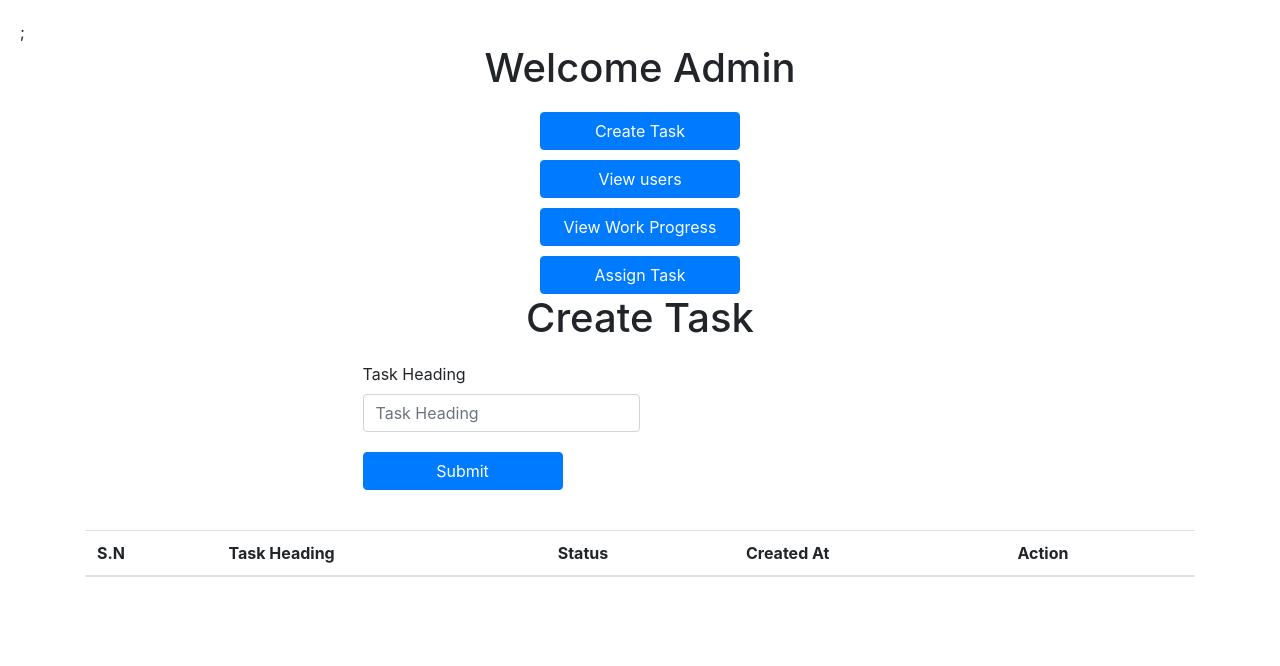
Repository: neha-rouniyar/taskmgmt
Page: http://localhost/admin/create-task
These files come from the project's save history. The page is drawn as it stood at one moment and after the next save; the edit follows.
The browser window is 1280 px wide. The pictures show the whole page.
Some web libraries are served in a nearby version. The page is served by the project's Laravel application, run on PHP 8.4 with Laravel 10. Queries for data that is not in the repository find no rows.

Above is the page before, as saved 2023-12-16 00:04:01.

After the next save:
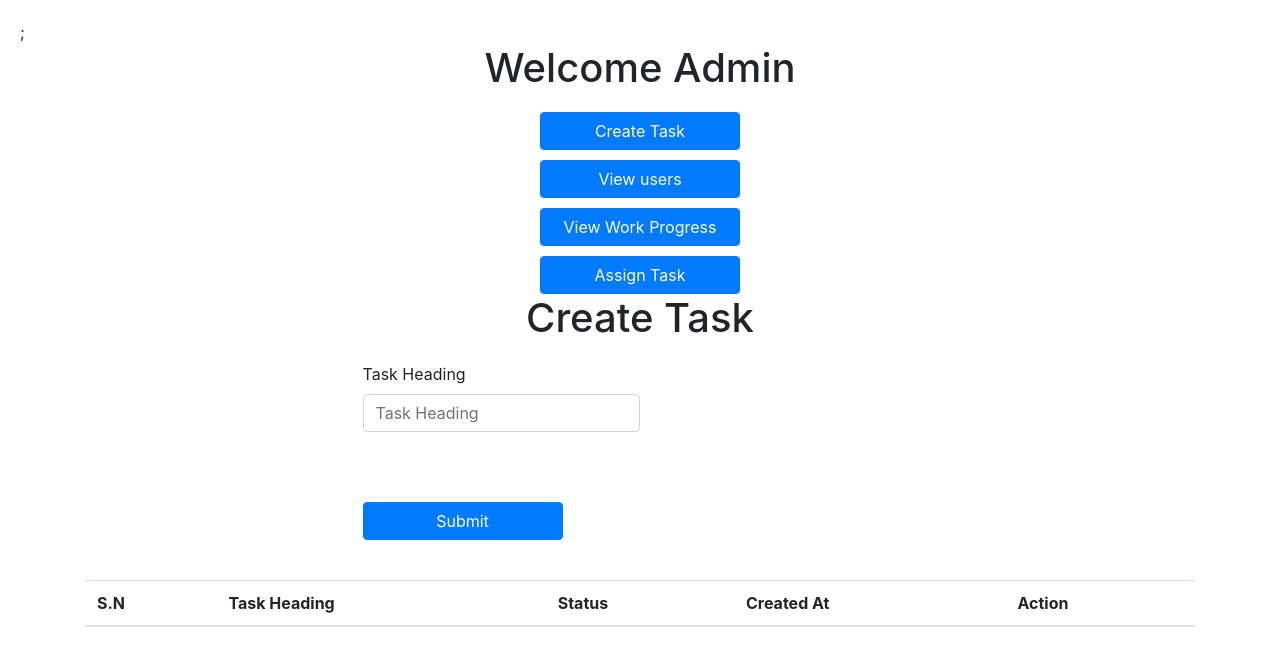
Saved 5 s later.
--- a/resources/views/admin/task/create.blade.php
+++ b/resources/views/admin/task/create.blade.php
@@ -2,7 +2,7 @@
 @section('admin-content')
 <style>
   .form-group {
-      margin-bottom: 20px;
+      margin-bottom: 70px;
   }
 
   .custom-select {

After the save that followed:
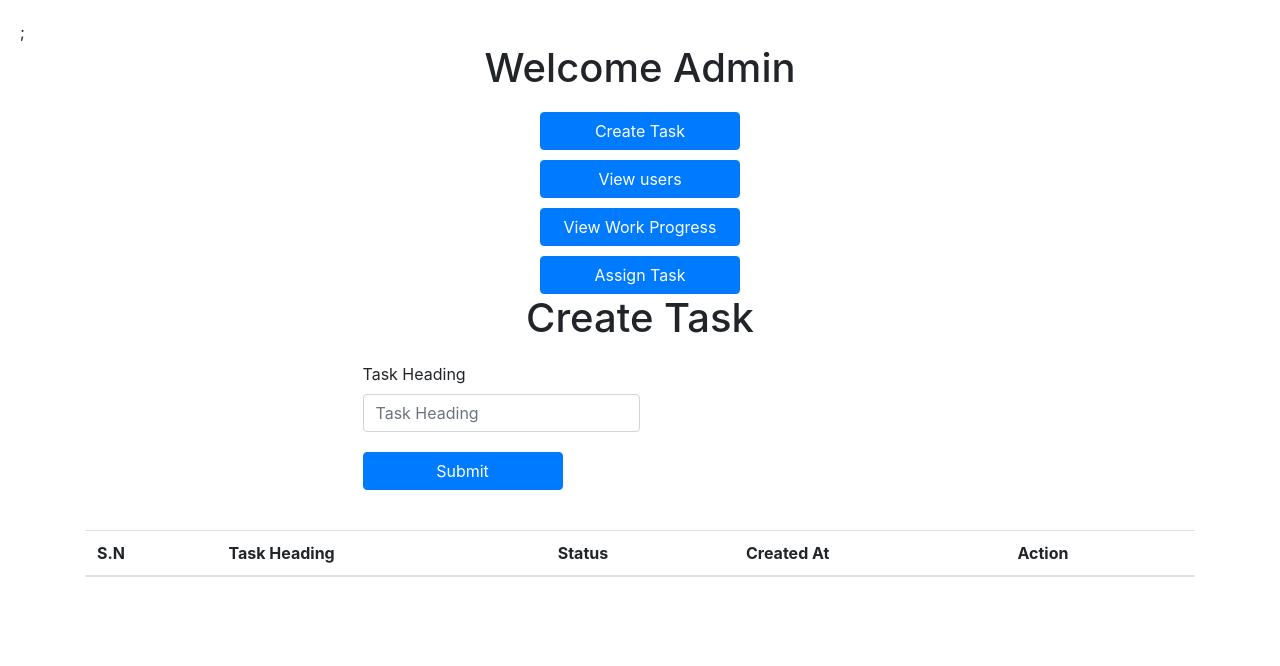
Saved 8 s later.
--- a/resources/views/admin/task/create.blade.php
+++ b/resources/views/admin/task/create.blade.php
@@ -2,7 +2,7 @@
 @section('admin-content')
 <style>
   .form-group {
-      margin-bottom: 70px;
+      margin-bottom: 20px;
   }
 
   .custom-select {
